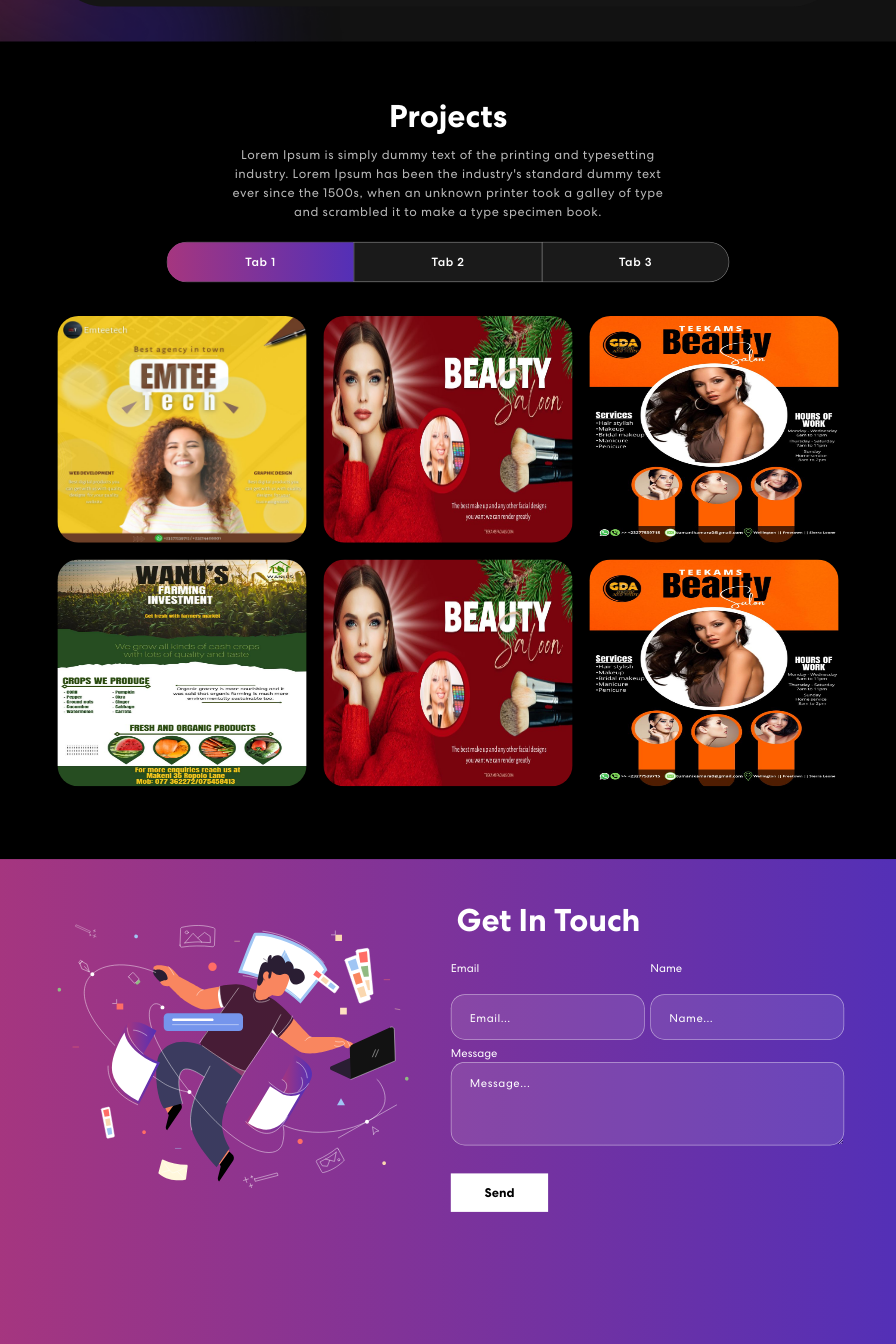
Repository: EmmanuelKeifala/emtee
Page: /
An editor plug-in stored every save of this project. The page is shown before and after the next save, followed by the edit.
The browser window is 1280 px wide. The pictures show the part of the page from y = 1336 to 3256 px (the page is 3476 px tall), at 70% of full size.
The project was rebuilt for these pictures with package versions that can differ from the ones it lists, and the page was loaded fresh each time. Some packages were replaced by stand-ins written for this rebuild.

Above is the page before, as saved 2022-09-30 17:08:04.

After the next save:
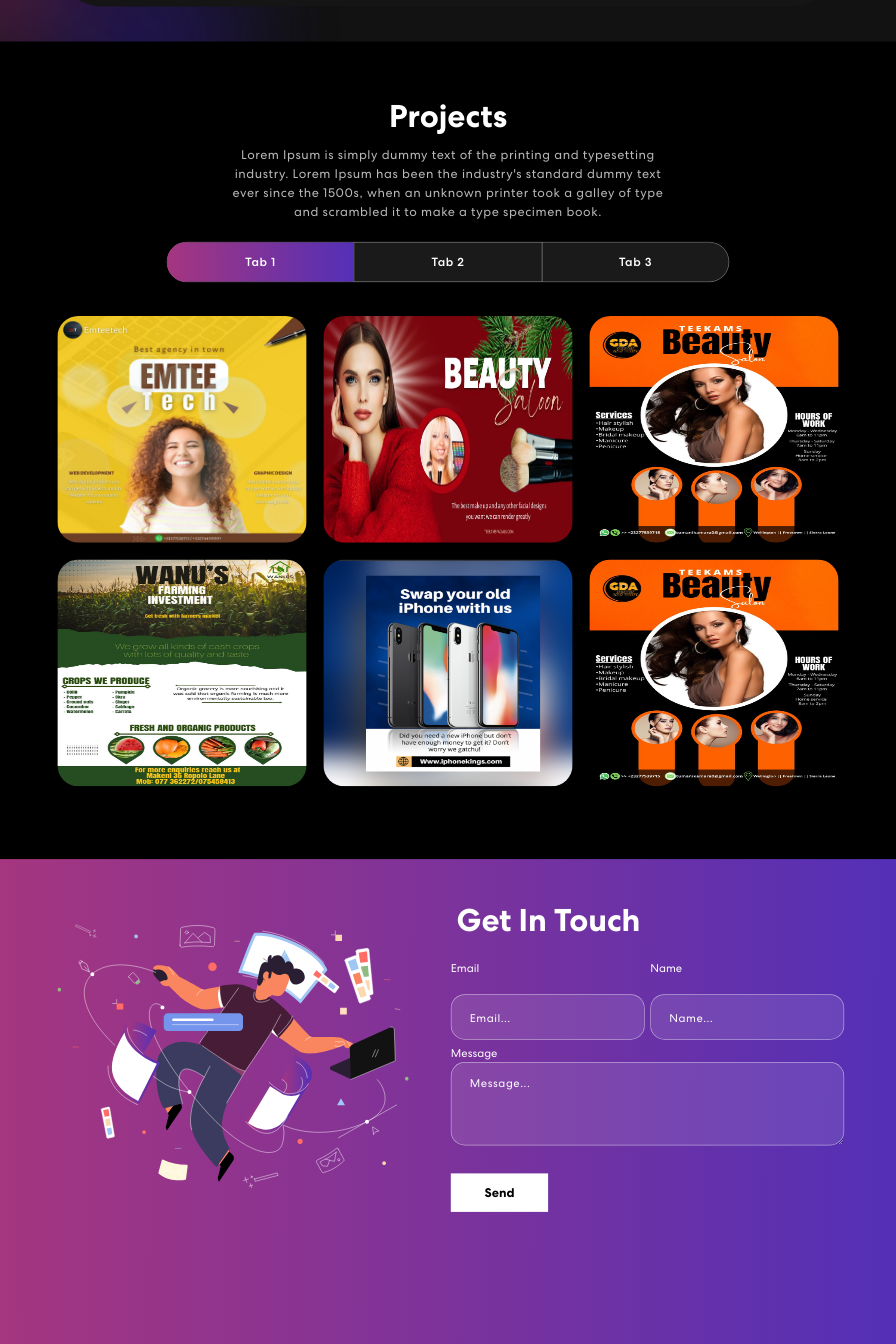
Saved 2 min 10 s later.
--- a/src/Components/Projects.jsx
+++ b/src/Components/Projects.jsx
@@ -5,6 +5,7 @@
 import projImg2 from "../assets/img/project-2.jpeg";
 import projImg3 from "../assets/img/project-3.jpeg";
 import projImg4 from "../assets/img/project-4.jpeg";
+import projImg5 from "../assets/img/project-5.png";
 
 import colorSharp2 from "../assets/img/color-sharp2.png";
 import ecommerce from "../assets/img/Ecommerce-2.jpeg";
@@ -40,7 +41,7 @@
     {
       title: "Business Startup",
       description: "Design & Development",
-      imgUrl: projImg2,
+      imgUrl: projImg5,
     },
     {
       title: "Business Startup",
